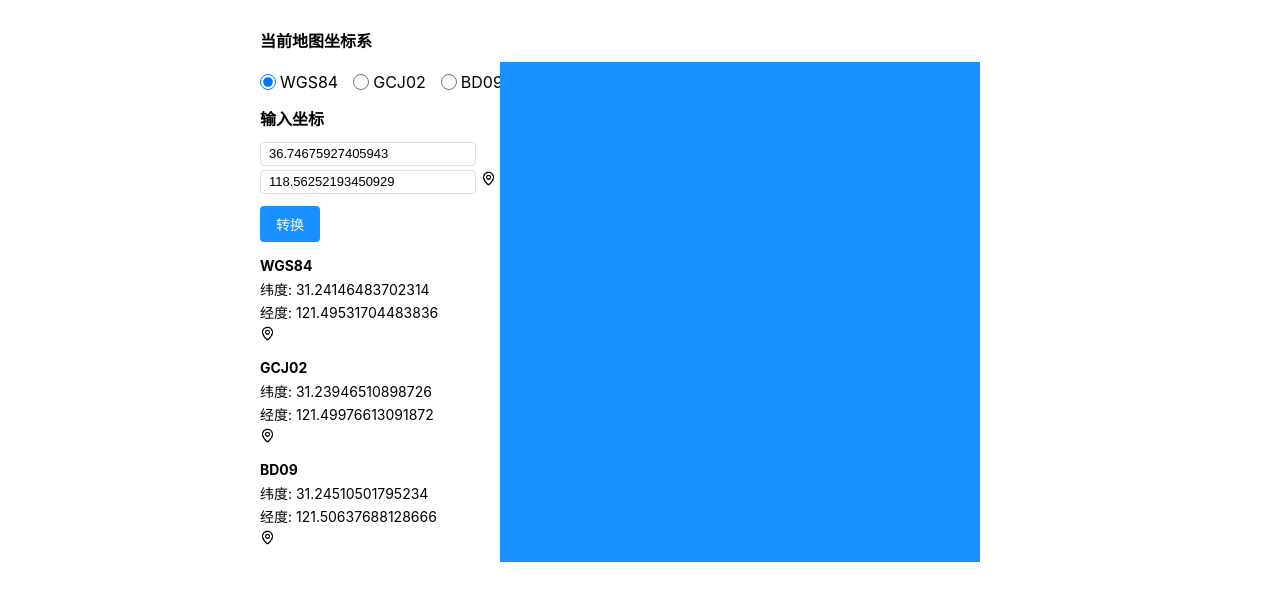
Repository: 1242128273wangpeng/MapTransformTools
Page: popup.html
The author's editor kept a copy of each file at every save. The page is drawn from the files as they stood at one save, then again after the next save.
The browser window is 1280 px wide. The pictures show the whole page.

Above is the page before, as saved 2025-01-23 22:57:15.

After the next save:
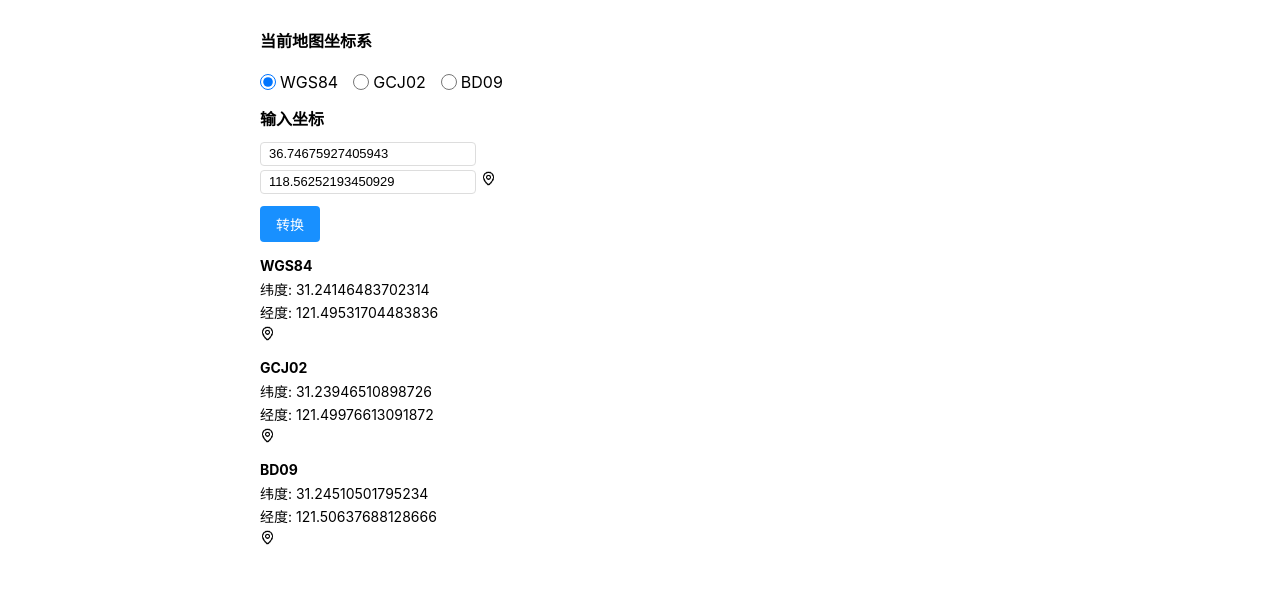
Console error: TypeError: Cannot read properties of null (reading 'addEventListener')
Saved 10 s later.
--- a/popup.html
+++ b/popup.html
@@ -198,7 +198,7 @@
 					</div>
 				</div>
 			</div>
-			<div id="map" style="width: 480px; height: 500px;background-color: #1890ff;"></div>
+			<!-- <div id="map" style="width: 480px; height: 500px;background-color: #1890ff;"></div> -->
 		</div>
 	</body>
 

After the save that followed:
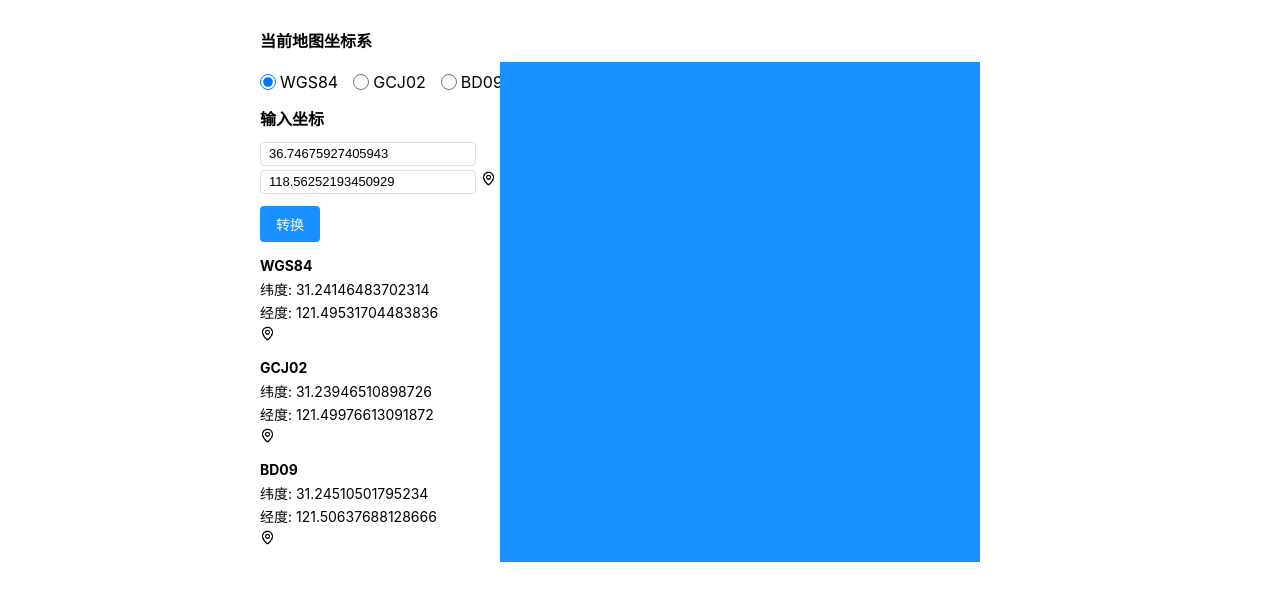
The error is gone.
Saved 17 s later.
--- a/popup.html
+++ b/popup.html
@@ -198,7 +198,7 @@
 					</div>
 				</div>
 			</div>
-			<!-- <div id="map" style="width: 480px; height: 500px;background-color: #1890ff;"></div> -->
+			<div id="map" style="width: 480px; height: 500px;background-color: #1890ff;"></div>
 		</div>
 	</body>
 
